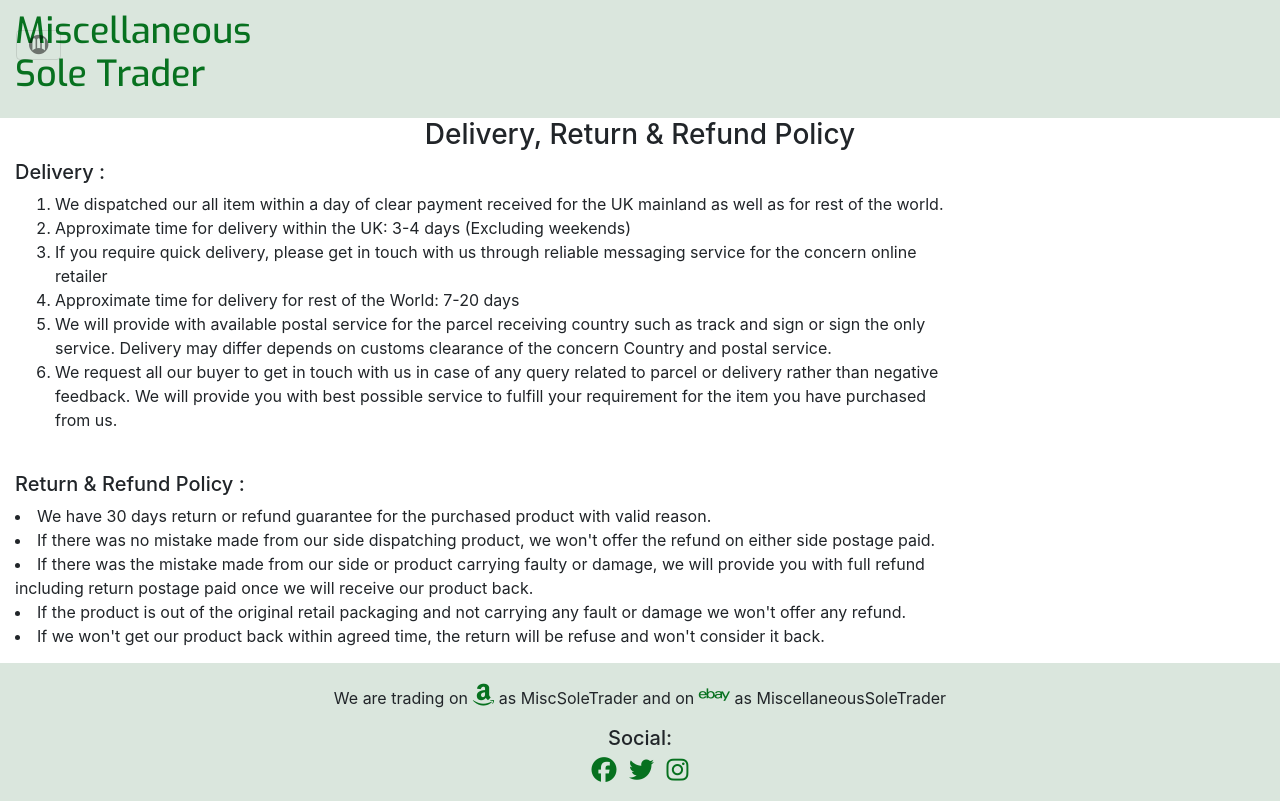
Repository: Code-Institute-Submissions/MilestoneProjectMST
Page: delretref.html
The author's editor kept a record of every edit. The page is drawn from the files as they stood at one moment, then again after the next edit.
The browser window is 1280 px wide. The pictures show the whole page.
Some web libraries are served in a nearby version.

Above is the page before.
Console error: TypeError: Cannot read properties of undefined (reading 'fn')

After the next edit:
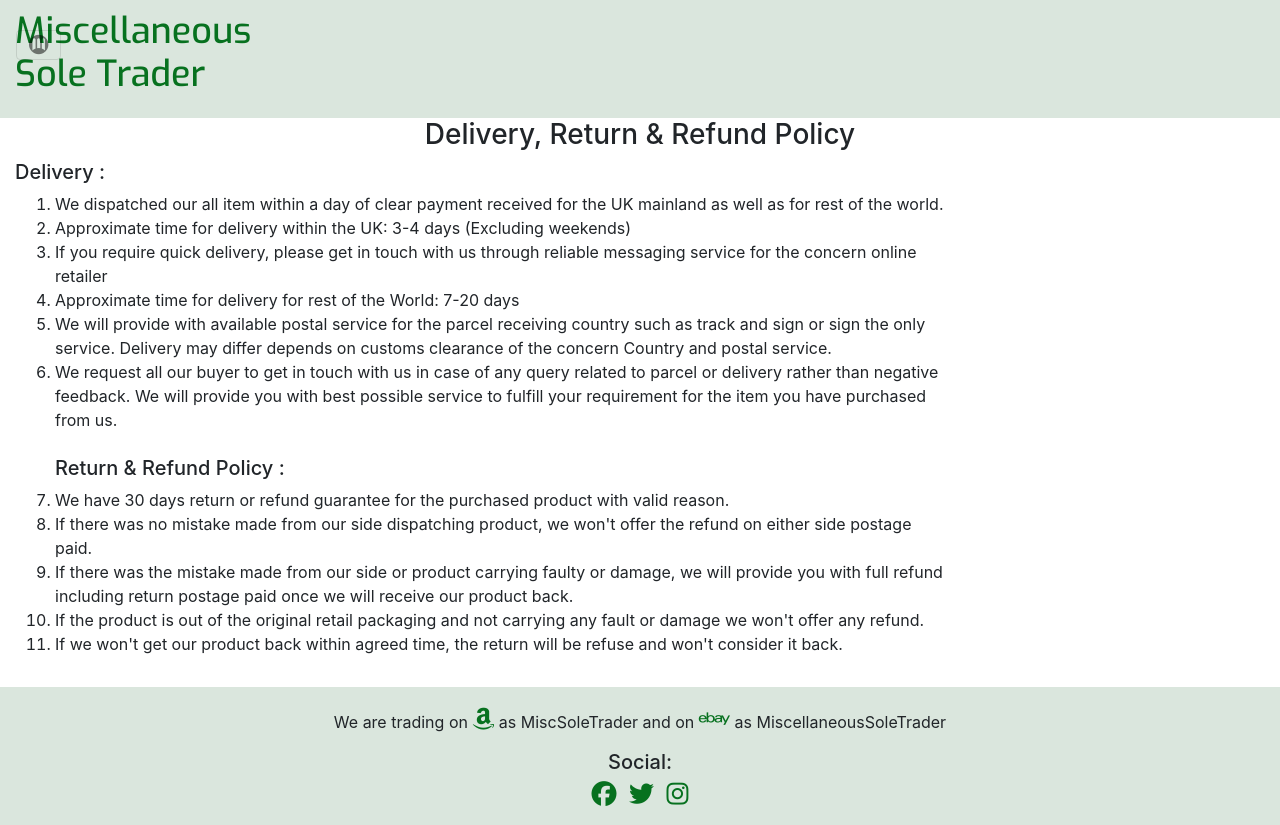
The edit:
--- a/delretref.html
+++ b/delretref.html
@@ -69,7 +69,7 @@
                     <li>We will provide with available postal service for the parcel receiving country such as track and sign or sign the only service. Delivery may differ depends on customs clearance of the concern Country and postal service.</li>
                     <li>We request all our buyer to get in touch with us in case of any query related to parcel or delivery rather than negative feedback. We will provide you with best possible service to fulfill your requirement for the item you have purchased
                         from us.</li>
-                </ol>
+                <!--</ol>-->
                 <br>
                 <h5 class="delretref-caption">Return & Refund Policy : </h5>
                 <!--<ol>-->
